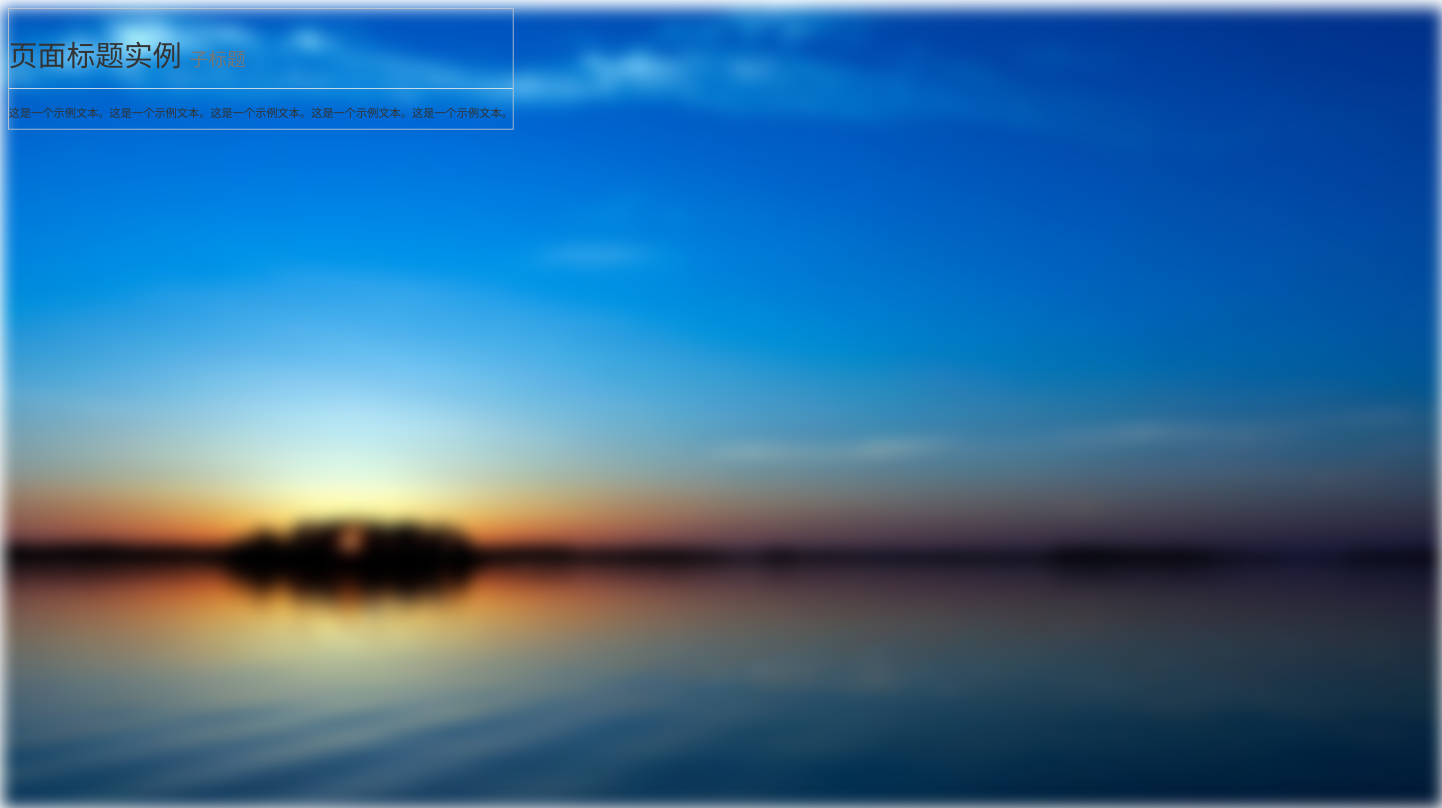
Repository: lidasi/monkeyLife
Page: http://localhost/monkeyLife/jsp/infopage.jsp
These files come from the project's save history. The page is drawn as it stood at one moment and after the next save; the edit follows.
The browser window is 1280 px wide. The page is 1803 px wide, so the pictures cover 1803 px, including what lies to the right of the window. The pictures show the whole page, at 80% of full size.
The page is served by Tomcat 9.

Above is the page before, as saved 2017-07-13 07:56:16.

After the next save:
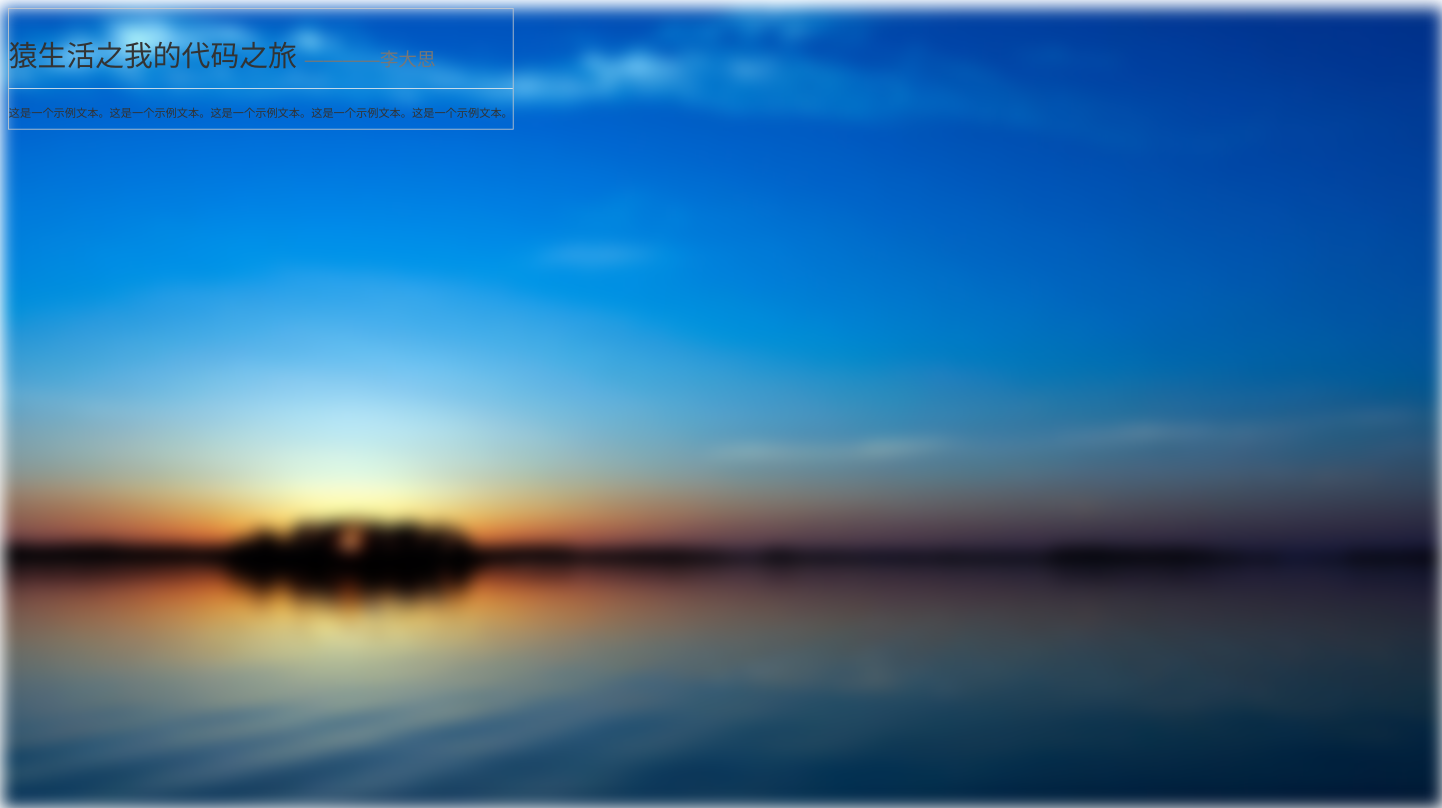
Saved 51 s later.
--- a/workSpeaces/monkeyLife/WebContent/jsp/infopage.jsp
+++ b/workSpeaces/monkeyLife/WebContent/jsp/infopage.jsp
@@ -23,8 +23,8 @@
 	</div>
 	<div id="content">
 		<div class="page-header">
-		    <h1>页面标题实例
-		        <small>子标题</small>
+		    <h1>猿生活之我的代码之旅
+		        <small>————李大思</small>
 		    </h1>
 		</div>
 		<p>这是一个示例文本。这是一个示例文本。这是一个示例文本。这是一个示例文本。这是一个示例文本。</p>
